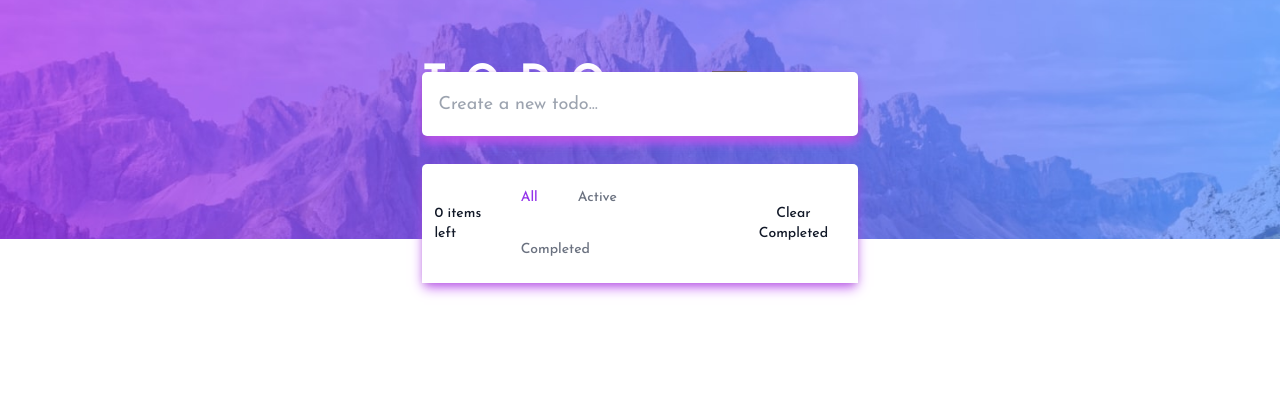
Repository: ikram-lisa/todo-list
Page: /
These files come from the project's save history. The page is drawn as it stood at one moment and after the next save; the edit follows.
The browser window is 1280 px wide. The pictures show the whole page.
Pictures or frames that could not be fetched are drawn as grey boxes. The project was rebuilt for these pictures with package versions that can differ from the ones it lists, and the page was loaded fresh each time. Also part of the build but not shown: vite.config.js.

Above is the page before, as saved 2024-05-15 09:50:52.

After the next save:
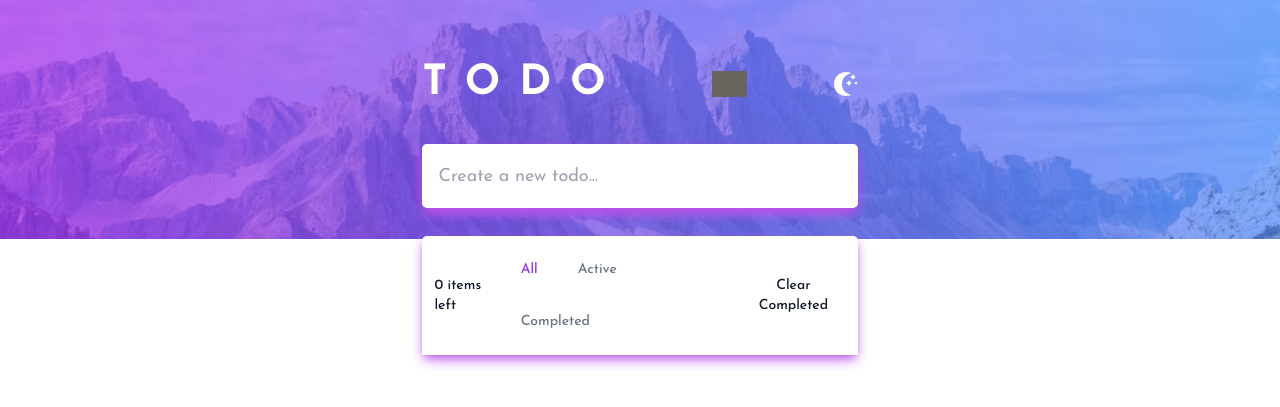
Saved 6 s later.
--- a/src/css/style.scss
+++ b/src/css/style.scss
@@ -56,7 +56,7 @@ body {
 .form {
   width: 34%;
   position: absolute;
-  top: 10%;
+  top: 20%;
   left: 33%;
 }
 .search {
